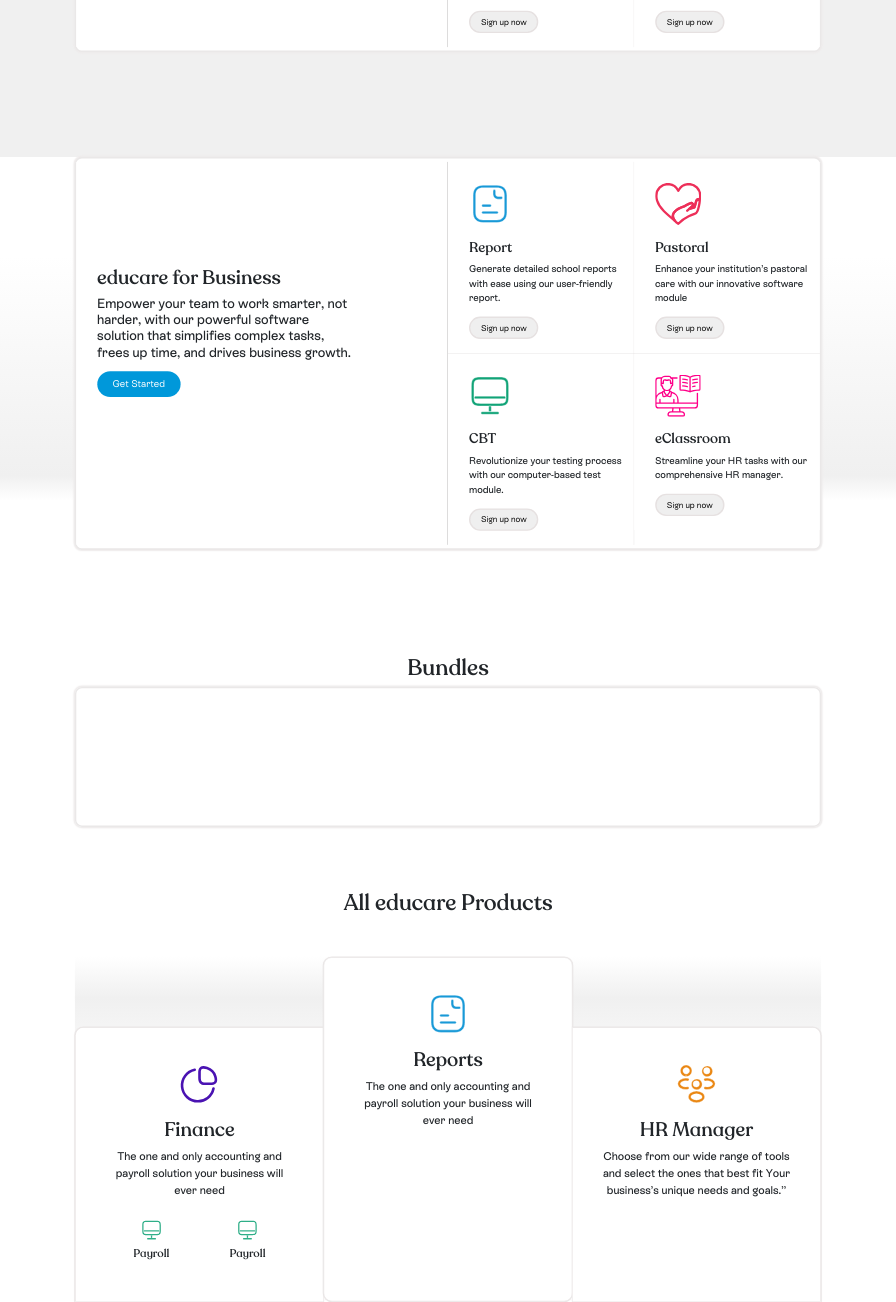
Repository: sarahnnanyelugo/educare-web
Page: /
These files come from the project's save history. The page is drawn as it stood at one moment and after the next save; the edit follows.
The browser window is 1280 px wide. The pictures show the part of the page from y = 1665 to 3585 px (the page is 3525 px tall before and 3585 px after), at 70% of full size.
The project was rebuilt for these pictures with package versions that can differ from the ones it lists, and the page was loaded fresh each time.

Above is the page before, as saved 2023-04-05 10:58:21.

### src/App.jsx
import React from "react";
import logo from "./logo.svg";
import "./App.scss";
import "bootstrap/dist/css/bootstrap.min.css";
import { BrowserRouter, Routes, Route, Link, Outlet } from "react-router-dom";
import NavBar from "./components/NavBar/NavBar";
import { Home } from "./pages/Home/Home";

function App() {
  return (
    <>
      {" "}
      <NavBar />
      <Routes>
        <Route path="/" element={<Home />} />
      </Routes>
    </>
  );
}

export default App;

### src/App.scss
@font-face {
  font-family: rebondG;
  src: url(./assets/fonts/Rebond_font/RebondG.otf);
}
@font-face {
  font-family: rebondG-Bold;
  src: url(./assets/fonts/Rebond_font/RebondG-Bold.otf);
}
@font-face {
  font-family: rebondG-Medium;
  src: url(./assets/fonts/Rebond_font/RebondGrotesqueMedium.otf);
}

@font-face {
  font-family: recoMedium;
  src: url(./assets/fonts/Recoleto-font/RecoletaAlt-Medium.ttf);
}

h1,
h2,
h3,
h4,
h5,
h6 {
  font-family: recoMedium;
}
p {
  font-family: rebondG-Medium;
}
@media screen and (min-width: 620px) {
  .flexy {
    display: flex;
  }
}
@media screen and (max-width: 620px) {
  .flexyM {
    display: flex;
  }
}

### src/components/NavBar/NavBar.tsx
import React from "react";
import Logo from "../../assets/images/educare-logo.png";
import { Link, NavLink } from "react-router-dom";
import "./_navbar.scss";

function NavBar() {
  return (
    <div className="navbar-container">
      <div className="logo-holder  ">
        {" "}
        <Link to={"/"}>
          {" "}
          <img className="   logo" src={Logo} alt="Scholar" />
        </Link>
      </div>
      <ul className=" list-inline list-unstyled nav-links-container">
        <li className="list-inline-item">
          <NavLink to={""} className="nav-links">
            Solutions{" "}
            <span>
              <i className="icofont-curved-down"></i>
            </span>
          </NavLink>
        </li>{" "}
        <li className="list-inline-item">
          <NavLink to={""} className="nav-links">
            Resources
          </NavLink>
        </li>{" "}
        <li className="list-inline-item">
          <NavLink to={""} className="nav-links">
            Pricing
          </NavLink>
        </li>{" "}
        <li className="list-inline-item">
          <NavLink to={""} className="nav-links">
            Support
          </NavLink>
        </li>
      </ul>
      <div className="nav-buttons">
        <button className="sign-in-button">Log in</button>
        <button className="get-started-button">Get Started</button>
      </div>
    </div>
  );
}

export default NavBar;

### src/pages/Home/Home.tsx
import React from "react";
import { RandomComponent } from "./RandomComponent/RandomComponent";
import "./_home.scss";
import RedIcon from "../../assets/images/red-dots.svg";
import BlueIcon from "../../assets/images/blue-dots.svg";
import YellowIcon from "../../assets/images/yellow-dots.svg";
import HalfCircle from "../../assets/images/half-circle.svg";
import People from "../../assets/images/people.svg";
import Mail from "../../assets/images/edit.svg";
import People2 from "../../assets/images/people2.svg";
import Pastoral from "../../assets/images/pastoral.svg";
import Chart from "../../assets/images/chart.svg";
import Screen from "../../assets/images/screen.svg";
import Classroom from "../../assets/images/read-book.svg";
import Features from "./Features/Features";
import EducareProducts from "./EducareProducts/EducareProducts";
import OtherEducareProducts from "./OtherEducareProducts/OtherEducareProducts";

export const Home = () => {
  return (
    <>
      <div className="col-md-12 modern-solutions-container">
        <center>
          <div className="col-md-6">
            <h1>Modern solution for your Business</h1>
            <p>
              Unlock Your Business’s Potential with Cutting-Edge Software
              Solutions Designed to Streamline Operations, Optimize Performance,
              and Drive Growth.
            </p>
            <button className="gs-button">Get started</button>
            <button className="request-button">Request for a demo</button>
          </div>
        </center>
      </div>
      <div className="col-md-12 actions-container">
        <div className="col-md-4">
          <div className="col-md-9">
            {" "}
            <RandomComponent
              title="Pick your tools"
              icon={RedIcon}
              paragraph=" Unlock Your Business Potential with Cutting-Edge Software  Solutions Designed to Streamline"
            />
          </div>
        </div>
        <div className="col-md-4">
          <div className="col-md-9">
            {" "}
            <RandomComponent
              title="work smart not hard"
              icon={YellowIcon}
              paragraph="Choose from our wide range of tools and select the ones that best fit Your business’s unique needs and goals.”"
            />
          </div>
        </div>
        <div className="col-md-4">
          <div className="col-md-9">
            {" "}
            <RandomComponent
              title="We’ve got your back"
              icon={BlueIcon}
              paragraph="You can count on our support and expertise every step of the way, so you can focus on your business’s growth and success."
            />
          </div>
        </div>
      </div>
      <div className="features-heading">
        <center>
          <h1>Featured Products</h1>
        </center>
      </div>
      <div
        className="col-md-12  flexy features-holder"
        style={{ paddingBottom: "150px" }}
      >
        <div className="col-md-1">&nbsp;</div>
        <div className="col-md-10  features-container flexy">
          <div className="col-md-6 first-container">
            <h3>educare for Business</h3>
            <p>
              Empower your team to work smarter, not harder, with our powerful
              software solution that simplifies complex tasks, frees up time,
              and drives business growth.
            </p>
            <button>Get Started</button>
          </div>
          <div className="col-md-6">
            <div className="col-md-12 flexy">
              {" "}
              <div className="col-md-6 right-features">
                <Features
                  feature="Finance"
                  detail="The one and only accounting and payroll solution your business will ever need"
                  icon={HalfCircle}
                />{" "}
              </div>{" "}
              <div className="col-md-6">
                <Features
                  feature="HR Manager"
                  detail="The one and only accounting and payroll solution your business will ever need"
                  icon={People2}
                />{" "}
              </div>
            </div>
            <div className="col-md-12 flexy second-grid">
              {" "}
              <div className="col-md-6 right-features">
                <Features
                  feature="MailBox"
                  detail="Simplify communication with our powerful mailbox"
                  icon={Mail}
                />{" "}
              </div>{" "}
              <div className="col-md-6">
                <Features
                  feature="Facility Management"
                  detail="Optimize your workforce with our staff management module."
                  icon={People}
                />{" "}
              </div>
            </div>
          </div>
        </div>
      </div>{" "}
      <div className="col-md-12  flexy features-holder2">
        <div className="col-md-1">&nbsp;</div>
        <div className="col-md-10  features-container flexy ">
          <div className="col-md-6 first-container">
            <h3>educare for Business</h3>
            <p>
              Empower your team to work smarter, not harder, with our powerful
              software solution that simplifies complex tasks, frees up time,
              and drives business growth.
            </p>
            <button>Get Started</button>
          </div>
          <div className="col-md-6">
            <div className="col-md-12 flexy">
              {" "}
              <div className="col-md-6 right-features">
                <Features
                  feature="Report"
                  detail="Generate detailed school reports with ease using our user-friendly report."
                  icon={Chart}
                />{" "}
              </div>{" "}
              <div className="col-md-6">
                <Features
                  feature="Pastoral"
                  detail="Enhance your institution’s pastoral care with our innovative software module"
                  icon={Pastoral}
                />{" "}
              </div>
            </div>
            <div className="col-md-12 flexy second-grid">
              {" "}
              <div className="col-md-6 right-features">
                <Features
                  feature="CBT"
                  detail="Revolutionize your testing process with our computer-based test module."
                  icon={Screen}
                />{" "}
              </div>{" "}
              <div className="col-md-6">
                <Features
                  feature="eClassroom"
                  detail="Streamline your HR tasks with our comprehensive HR manager."
                  icon={Classroom}
                />{" "}
              </div>
            </div>
          </div>
        </div>
      </div>
      <center className="mt">
        <h2>Bundles</h2>
      </center>
      <div className="col-md-12 bundles-container flexy">
        <div className="col-md-1">&nbsp;</div>
        <div className="col-md-10 bundles"></div>
      </div>
      <center className="mt9">
        <h2>All educare Products</h2>
      </center>
      <div className="col-md-12 flexy">
        <div className="col-md-1">&nbsp;</div>
        <div className="col-md-10  flexy products-container">
          <div className="col-md-4 first-product-column">
            <EducareProducts
              productName="Finance"
              productDetail="The one and only accounting and payroll solution your business will ever need"
              productIcon={HalfCircle}
            />
            <div className="col-md-12 flexy flexyM mt3">
              <div className="col-md-6 col-6">
                <OtherEducareProducts
                  productIcon={Screen}
                  productName="Payroll"
                />
              </div>
              <div className="col-md-6 col-6">
                {" "}
                <OtherEducareProducts
                  productIcon={Screen}
                  productName="Payroll"
                />
              </div>
            </div>
          </div>{" "}
          <div className="col-md-4 second-product-column">
            <EducareProducts
              productName="Reports"
              productDetail="The one and only accounting and payroll solution your business will ever need"
              productIcon={Chart}
            />
          </div>
          <div className="col-md-4 third-product-column">
            <EducareProducts
              productName="HR Manager"
              productDetail="Choose from our wide range of tools and select the ones that best fit Your business’s unique needs and goals.”"
              productIcon={People2}
            />
          </div>
        </div>
      </div>
    </>
  );
};

### src/components/NavBar/_navbar.scss
@import "../../variables";
@import "../../shared-styles";

.navbar-container {
  background: inherit;
  padding: 5px 80px;
  display: flex;

  .logo-holder {
    flex-grow: 1;
  }
  .nav-links-container {
    flex-grow: 1;
    margin-top: 20px;
    .nav-links {
      margin: 20px;
      color: #6f6f71;
      text-decoration: none;
      font-family: rebondG-Bold;
    }
    li {
      padding: 3px 0px;
      border-radius: 35px;
      transition: 0.5s ease;
      &:hover {
        background: rgb(224, 222, 222) !important;

        border: solid 1px grey;
      }
    }
  }
  .nav-buttons {
    .get-started-button {
      @include get-started-button;
      margin-left: 10px;
      margin-top: 20px;
    }
    .sign-in-button {
      @include login-or-signup-button;
      margin-top: 20px;
    }
  }
}

### src/pages/Home/RandomComponent/RandomComponent.tsx
import React from "react";
import "./_random-component.scss";
export interface RandomComponentProps {
  title: string;
  paragraph: string;
  icon: string;
}
export const RandomComponent = (props: RandomComponentProps) => {
  return (
    <div className="col-md-12 random-container">
      <div className="heading">
        {" "}
        <img className="" src={props.icon} alt="Scholar" width="100%" />
        <h3>{props.title}</h3>
      </div>
      <p>{props.paragraph}</p>
    </div>
  );
};

### src/pages/Home/_home.scss
@import "../../variables";
@import "../../shared-styles";

.modern-solutions-container {
  padding-top: 80px;
  padding-bottom: 150px;
  background: rgb(240, 240, 240);
  background: linear-gradient(
    0deg,
    rgba(240, 240, 240, 1) 51%,
    rgba(255, 255, 255, 1) 67%
  );

  h1 {
    font-family: recoMedium;
  }
  p {
    font-family: rebondG-Medium;
    font-size: 20px;
    margin-top: 15px;
  }
  .gs-button {
    @include get-started-button;
  }
  .request-button {
    @include login-or-signup-button;
    margin-left: 5px;
  }
}
.actions-container {
  background: $lightblue;
  height: fit-content;
  display: flex;
  padding: 80px 100px;
}
.features-heading {
  margin-top: 170px;
  margin-bottom: 90px;
}
.features-container {
  border: solid 2px rgb(234, 232, 232);
  box-shadow: 0 0 2px 2px rgb(238, 235, 235);
  border-radius: 10px !important;
  height: fit-content;
  // margin-top: 20px;
  padding-bottom: 5px;
  padding-top: 5px;
  background: #fff;
  .first-container {
    padding-right: 130px;
    background: #fff;
    padding-left: 30px;
    border-right: solid 1px rgb(206, 205, 205);
    h3 {
      margin-top: 150px;
    }
    p {
      font-size: 19px;
      line-height: 23px;
    }
    button {
      @include get-started-button;
      margin-bottom: 120px;
    }
  }
  .second-grid {
    border-top: solid 1px rgb(231, 228, 228);
    // box-shadow: 0 0 1px 1px rgb(238, 235, 235);
  }
  .right-features {
    // box-shadow: 0 0 1px 1px rgb(238, 235, 235);
    border-right: solid 1px rgb(231, 228, 228);
  }
}
.features-holder {
  background: rgb(240, 240, 240);
  background: linear-gradient(
    0deg,
    rgba(240, 240, 240, 1) 51%,
    rgba(255, 255, 255, 1) 67%
  );
}
.features-holder2 {
  background: rgb(255, 255, 255);
  background: linear-gradient(
    0deg,
    rgba(255, 255, 255, 1) 31%,
    rgba(240, 240, 240, 1) 36%,
    rgba(255, 255, 255, 1) 80%
  );
  padding-bottom: 150px;
}
.bundles {
  border: solid 2px rgb(234, 232, 232);
  box-shadow: 0 0 2px 2px rgb(238, 235, 235);
  border-radius: 10px !important;
  height: 200px;
  // margin-top: 20px;
  padding-bottom: 5px;
  padding-top: 5px;
}
.products-container {
  background: rgb(255, 255, 255);
  background: linear-gradient(
    0deg,
    rgba(255, 255, 255, 1) 15%,
    rgba(240, 240, 240, 1) 18%,
    rgba(255, 255, 255, 1) 54%,
    rgba(240, 240, 240, 1) 80%,
    rgba(255, 255, 255, 1) 91%
  );
  height: fit-content;
  .first-product-column {
    padding: 50px 40px;
    background: #ffff;
    border-top: solid 1px rgb(233, 229, 229);
    border-left: solid 1px rgb(233, 229, 229);
    margin-top: 150px;
    border-top-left-radius: 12px;
    box-shadow: 0 0 1px 1px rgb(233, 229, 229);
  }
  .second-product-column {
    padding: 50px 40px;
    background: #ffff;
    border: solid 1px rgb(233, 229, 229);
    box-shadow: 0 0 1px 1px rgb(233, 229, 229);
    border-radius: 12px;

    margin-top: 50px;
  }
  .third-product-column {
    padding: 50px 40px;
    background: #ffff;
    border-top: solid 1px rgb(233, 229, 229);
    border-right: solid 1px rgb(233, 229, 229);
    margin-top: 150px;
    box-shadow: 0 0 1px 1px rgb(233, 229, 229);
    border-top-right-radius: 12px;
  }
}

### src/pages/Home/Features/Features.tsx
import React from "react";
import "./_features.scss";
export interface featuresProps {
  feature: string;
  detail: string;
  icon: string;
}
export const Features = (props: featuresProps) => {
  return (
    <>
      <div className="col-md-12 features">
        <img className="" src={props.icon} alt="Scholar" />
        <h5>{props.feature}</h5>
        <p>{props.detail}</p>
        <button>Sign up now</button>
      </div>
    </>
  );
};

export default Features;

### src/pages/Home/EducareProducts/EducareProducts.tsx
import React from "react";
import './educare-products.scss'
export interface ProductComponentProps {
  productName: string;
  productDetail: string;
  productIcon: string;
}
export const EducareProducts = (props: ProductComponentProps) => {
  return (
    <>
      <div className="col-md-12 educare-products">
        <center>
          <img
            className=""
            src={props.productIcon}
            alt="Scholar"
            width="100%"
          />
          <h3>{props.productName}</h3>
          <p>{props.productDetail}</p>
        </center>
      </div>
    </>
  );
};

export default EducareProducts;

### src/pages/Home/OtherEducareProducts/OtherEducareProducts.tsx
import React from "react";
import "./other-products.scss";
export interface OtherProductProps {
  productName: string;

  productIcon: string;
}
export const OtherEducareProducts = (props: OtherProductProps) => {
  return (
    <div className="col-md-12 other-products-container">
      <center>
        {" "}
        <img className="" src={props.productIcon} alt="icon" width="100%" />
        <h6>{props.productName}</h6>
      </center>
    </div>
  );
};

export default OtherEducareProducts;

### src/_variables.scss
$blue: #0098da;
$lightblue: #e1f2fa;

@mixin get-started-button {
  background-color: $blue;
  color: #fff;
  border-radius: 35px;
  border: none;
  padding: 8px 22px;
  font-size: 14px;
  font-family: rebondG;
  &:hover {
    background: #005b83;
    transition: 0.5s ease;
  }
}
@mixin login-or-signup-button {
  baclground: #fff;
  color: black;
  border-radius: 20px;
  padding: 5px 15px;
  font-size: 12px;
  border: none;
  border: solid 2px rgb(230, 225, 225);
  font-family: rebondG;
  &:hover {
    background: grey;
    transition: 0.5s ease;
  }
}

### src/_shared-styles.scss
.mt1 {
  margin-top: 10px;
}
.mt2 {
  margin-top: 20px;
}
.mt3 {
  margin-top: 30px;
}
.mt4 {
  margin-top: 40px;
}
.mt5 {
  margin-top: 50px;
}
.mt6 {
  margin-top: 60px;
}
.mt7 {
  margin-top: 70px;
}
.mt8 {
  margin-top: 80px;
}
.mt9 {
  margin-top: 90px;
}

### src/pages/Home/RandomComponent/_random-component.scss
.random-container {
  img {
    width: 20px;
    // margin-right: 10px;
  }
  .heading {
    display: flex;
    h3 {
      font-family: recoMedium;
      margin-left: 10px;
    }
  }
  p {
    font-family: rebondG-Medium;
    margin-left: 30px;
    font-size: 17px;
  }
}

### src/pages/Home/Features/_features.scss
@import "../../../variables";
@import "../../../shared-styles";

.features {
  padding-left: 30px;
  height: fit-content;
  padding-bottom: 20px;
  background: #fff;
  img {
    height: 60px;
    margin-left: 0 !important;
    margin-top: 30px;
    margin-bottom: 20px;
  }
  button {
    @include login-or-signup-button;
    // margin-bottom: 50px;
  }
  p {
    font-size: 14px;
  }
}

### src/pages/Home/EducareProducts/educare-products.scss
.educare-products {
  img {
    height: 60px;
    margin-bottom: 20px;
  }
}

### src/pages/Home/OtherEducareProducts/other-products.scss
.other-products-container {
  img {
    height: 30px;
    margin-bottom: 10px;
  }
}

Loaded but not shown: public/index.html (common file); src/index.tsx (common file); src/index.css (common file); src/reportWebVitals.ts (common file)

After the next save:
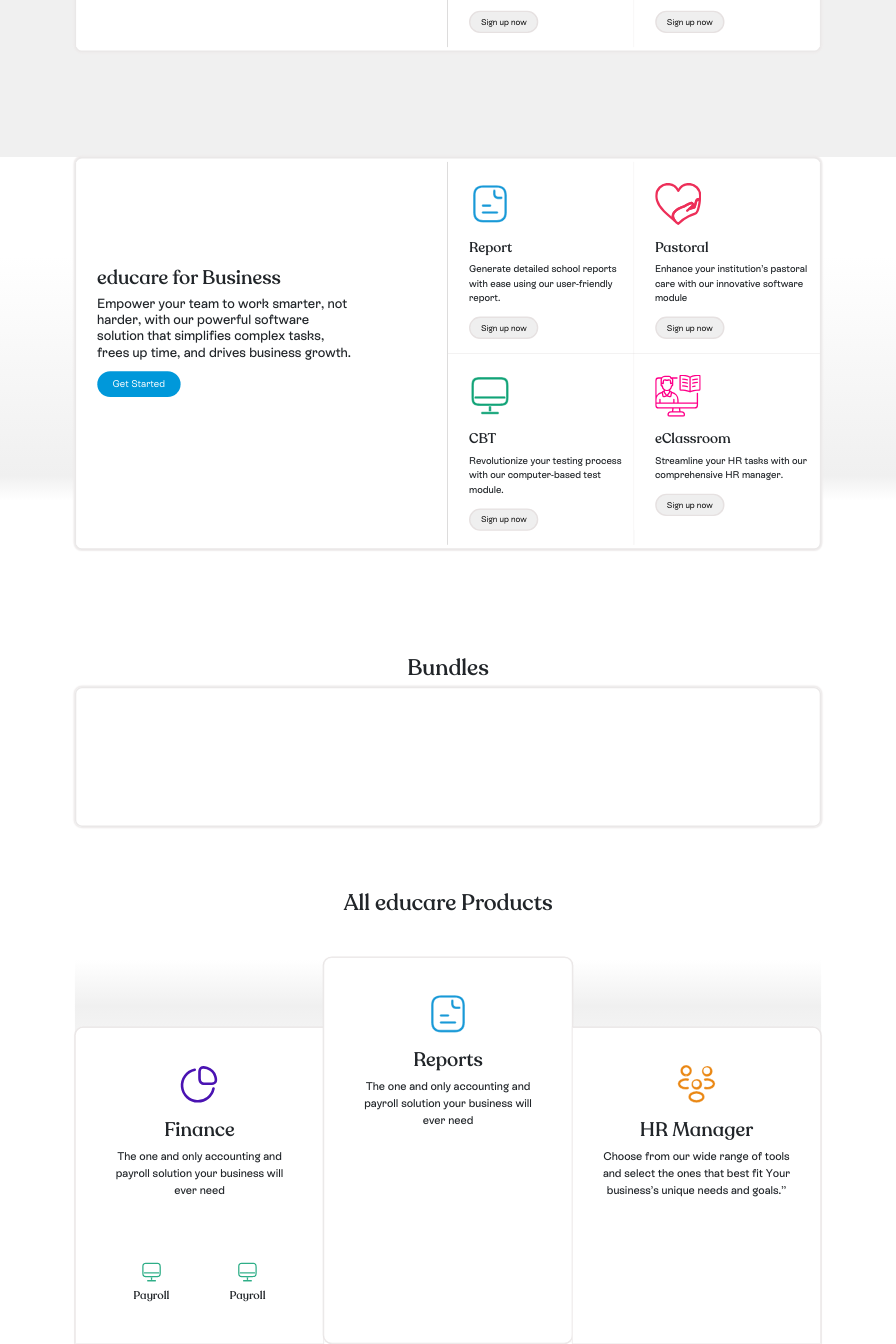
Saved 8 s later.
--- a/src/pages/Home/Home.tsx
+++ b/src/pages/Home/Home.tsx
@@ -192,7 +192,7 @@ export const Home = () => {
               productDetail="The one and only accounting and payroll solution your business will ever need"
               productIcon={HalfCircle}
             />
-            <div className="col-md-12 flexy flexyM mt3">
+            <div className="col-md-12 flexy flexyM mt9">
               <div className="col-md-6 col-6">
                 <OtherEducareProducts
                   productIcon={Screen}
